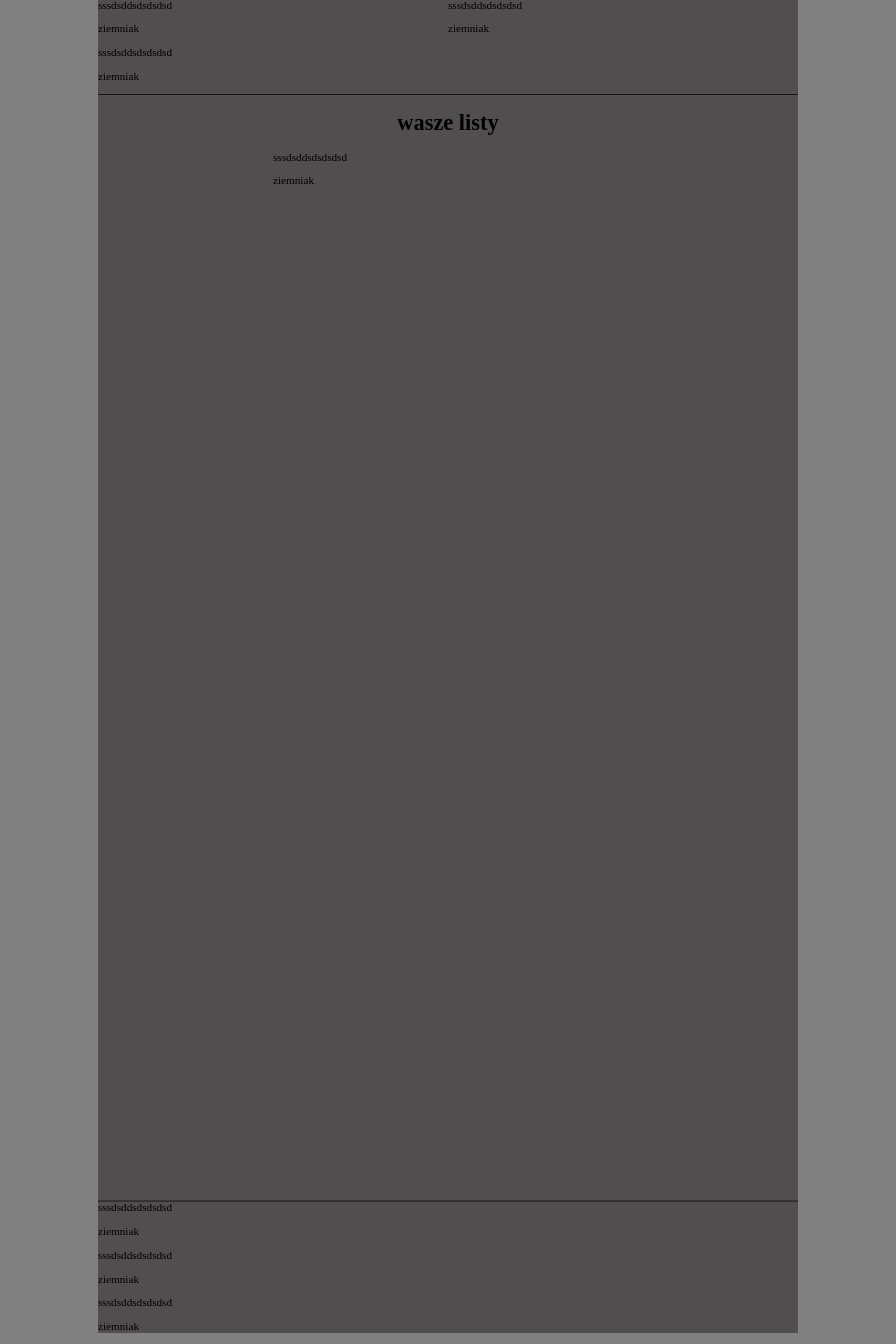
Repository: kq333/pitupitu.pl
Page: index.html
These files come from the project's save history. The page is drawn as it stood at one moment and after the next save; the edit follows.
The browser window is 1280 px wide. The pictures show the part of the page from y = 2156 to 4076 px (the page is 4076 px tall before and 2644 px after), at 70% of full size.
The style sheet was rebuilt from its Sass, Less or Tailwind sources for each picture, by a compiler version that may differ from the author's.

Above is the page before, as saved 2020-11-04 13:07:05.

### index.html
<!DOCTYPE html>
<html lang="en">
<head>
    <meta charset="UTF-8">
    <meta name="viewport" content="width=device-width, initial-scale=1.0">
    <title>Document</title>
    <link rel="stylesheet" href="style/style.css">
</head>
<body>


<div id="container">
  <div id="content">
    <div id=bar>
        <ul class="ul_bar">Wyborcza
            <li>sdsd</li>
            <li>sdsd</li>
            <li>sdsd</li>
            <li>sdsd</li>
            <li>sdsd</li>
            <li>sdsd</li>
            <li>sdsd</li>
        </ul>
        <div class="loging">
            Logowanie
        </div>
    </div>
            <div id="logo"><p>Wysokie Obcasy</p>
                <ul class="ul_bar2">
                    <li>fdf</li>
                    <li>gccvcv</li>
                    <li>hghhgh</li>
                    <li>asaseerr</li>
                    <li>jljkj</li>
                    <li>wewewe</li>
                    <li>hghghh</li>
                </ul>


            </div>


           <div>

                <div class="block_1">
                    <div class="art1">
                        <article>
                        <h1>sdsdsddsdsd fdfdfdfdfdf gdgdgddg dgdgdgdgdgd</h1>


                            <p class="autor_name">adamek</p>
                        </article>
                    </div>

                    <div class="art2">
                            <article>
                                <h1>sdsdsddsdsd fdfdfdfdfdf gdgdgddg dgdgdgdgdgd</h1>


                                <p class="autor_name">adamek</p>
                            </article>
                     </div>
                     <div class="art3">
                            <article>
                                <h1>sdsdsddsdsd fdfdfdfdfdf gdgdgddg dgdgdgdgdgd</h1>


                                <p class="autor_name">adamek</p>
                            </article>
                      </div>
                      <div class="art4">
                            <article>
                                <h1>sdsdsddsdsd fdfdfdfdfdf gdgdgddg dgdgdgdgdgd</h1>


                                <p class="autor_name">adamek</p>
                            </article>
                       </div>
                            <div class="art5">
                                <article>
                                    <h1>sdsdsddsdsd fdfdfdfdfdf gdgdgddg dgdgdgdgdgd</h1>


                                    <p class="autor_name">adamek</p>
                                </article>
                            </div>
                                 <div class="art6">
                                    <article>
                                        <h1>sdsdsddsdsd fdfdfdfdfdf gdgdgddg dgdgdgdgdgd</h1>


                                        <p class="autor_name">adamek</p>
                                    </article>
                                 </div>
                                    <div class="art7">

                                        <article>
                                            <h1>sdsdsddsdsd fdfdfdfdfdf gdgdgddg dgdgdgdgdgd</h1>


                                            <p class="autor_name">adamek</p>
                                        </article>
                                    </div>

                                    <div class="art8">
                                            <article>
                                                <h1>sdsdsddsdsd fdfdfdfdfdf gdgdgddg dgdgdgdgdgd</h1>


                                                <p class="autor_name">adamek</p>
                                            </article>
                                    </div>
                                        <div class="art9">
                                                <article>

                                                    <h1>sdsdsddsdsd fdfdfdfdfdf gdgdgddg dgdgdgdgdgd</h1>


                                                    <p class="autor_name">adamek</p>
                                                </article>
                                        </div>
                </div>


                     <div class="quotes">
                         <p1>asaasas asasass asasass</p1>

                        <p class="autor_name">adamek</p>

                    </div>





                  <div class="section">
                    <header>
                        <h1>Byc rodzicem</h1>

                    </header>
                    </div>


                        <section class="family">


                                <div class="art10">
                                    <article> sssdsddsdsdsdsd
                                        <p class="autor_name">dupa</p>

                                    </article>

                                </div>
                                <div class="art11">
                                        <article> sssdsddsdsdsdsd
                                            <p class="autor_name">donata</p>

                                        </article>
                                </div>
                                    <div class="art12">
                                            <article> sssdsddsdsdsdsd
                                                <p class="autor_name">ziemniak</p>

                                            </article>
                                    </div>

                        </section>

                        <div class="section">
                        <header>
                            <h1>Felieton</h1>
                        </header>
                    </div>

                        <section class="column">

                            <div class="art13">
                                    <article> sssdsddsdsdsdsd
                                        <p class="autor_name">dupa</p>

                                    </article>

                            </div>
                                <div class="art14">
                                    <article> sssdsddsdsdsdsd
                                        <p class="autor_name">donata</p>

                                    </article>
                                </div>
                                     <div class="art15">
                                        <article> sssdsddsdsdsdsd
                                            <p class="autor_name">ziemniak</p>

                                        </article>
                                    </div>

                                        <div class="art16">
                                            <article> sssdsddsdsdsdsd
                                                <p class="autor_name">ziemniak</p>

                                            </article>
                                        </div>

                                        <div class="art17">
                                            <article> sssdsddsdsdsdsd
                                                <p class="autor_name">ziemniak</p>

                                            </article>
                                        </div>

                        </section>
                        <div class="section">
                        <header>
                            <h1>polecane</h1>

                        </header>
                    </div>

                            <section class="recommended">


                                    <div class="art18">
                                        <article> sssdsddsdsdsdsd
                                            fsfsfsf sfsfsfsfs sfsfsfsfs
                                            sfsfffsfssfsfsfssf
                                            <p class="autor_name">dupa</p>

                                        </article>
                                    </div>
                                        <div class="art19">
                                            <article> sssdsddsdsdsdsd
                                                <p class="autor_name">donata</p>

                                            </article>
                                        </div>
                                            <div class="art20">

                                                <article> sssdsddsdsdsdsd
                                                    <p class="autor_name">ziemniak</p>
                                                </article>
                                            </div>
                                                <div class="art21">
                                                    <article> sssdsddsdsdsdsd
                                                        <p class="autor_name">ziemniak</p>
                                                    </article>
                                                </div>
                                                    <div class="art22">
                                                        <article> sssdsddsdsdsdsd
                                                            <p class="autor_name">ziemniak</p>


                                                        </article>
                                                    </div>
                                                        <div class="art23">
                                                            <article> sssdsddsdsdsdsd
                                                                <p class="autor_name">ziemniak</p>


                                                            </article>
                                                        </div>

                                                            <div class="art24">
                                                                <article> sssdsddsdsdsdsd
                                                                    <p class="autor_name">ziemniak</p>


                                                                </article>
                                                            </div>
                                                                <div class="art25">
                                                                    <article> sssdsddsdsdsdsd
                                                                        <p class="autor_name">ziemniak</p>


                                                                    </article>
                                                                </div>
                                                                <div class="art26">
                                                            <article> sssdsddsdsdsdsd
                                                                <p class="autor_name">ziemniak</p>


                                                            </article>
                                                            </div>



                            </section>

                            <div class="section">
                            <header>
                                <h1>wasze listy</h1>

                            </header>
                            </div>
                            <section class="letters">

                                <div class="art27"></div>
                                    <article> sssdsddsdsdsdsd
                                        <p class="autor_name">ziemniak</p>


                                    </article>
                                </div>
                                    <div class="art28">
                                        <article> sssdsddsdsdsdsd
                                            <p class="autor_name">ziemniak</p>


                                        </article>
                                    </div>
                                        <div class="art29">

                                            <article> sssdsddsdsdsdsd
                                                <p class="autor_name">ziemniak</p>


                                            </article>
                                        </div>

                                            <div class="art30">
                                                <article> sssdsddsdsdsdsd
                                                    <p class="autor_name">ziemniak</p>


                                                </article>
                                            </div>

                            </section>

                            <footer>


                            </footer>



















































           </main>



  </div>




















</div>
</body>
</html>

### style/style.scss
body{
    background-color: grey;


}
#constainer{
    height: auto;
}

#content{
    margin:auto;
    background-color: rgb(80, 78, 78);
    width:1000px;

}


#bar{
    display:grid;
    grid-template-columns: auto auto;
    width:1000px;



}

.ul_bar{
    width:960px;
    height: 40px;
    border-bottom: 1px solid black;


    li{
        list-style-type: none;
    }

}


#logo{
    border-bottom: 1px solid black;
    width:1000px;
    height: 120px;
    p{
        margin-left:480px;
    }

    .ul_bar2{
        list-style-type: none;
        display:inline-flex;
        gap:55px;
        margin-left:170px;
    }
}

.block_1{
    width:1000px;
    height: auto;
    display:grid;
    grid-template-columns: 500px auto auto;
    .art1{
    grid-row-start: 1;
    grid-row-end: 9;
    height: 800px;;
    }
    gap: 20px;
}

.quotes{
    width: 940px;
    height: 60px;
    border-bottom: 1px solid black;
    border-top: 1px solid black;
    padding:30px;

    p1{
        margin-left: 400px;
        margin-top:130px;
    }
    p{
        margin-left: 440px;
    }

}

.section{
    text-align: center;
}
.family{
    width:1000px;
    height: 250px;
    border-bottom: 1px solid black;
    display:grid;
    grid-template-columns: auto auto;
    grid-template-areas: "art10 art10"
                          "art11 art12"  ;

.art10{
grid-area: art10;


}
.art11{
grid-area: art11;
}

.art12{
grid-area: art12;
}


}

.column{
    width:1000px;
    height: 250px;
    border-bottom: 1px solid black;
    display:grid;
    grid-template-columns: auto auto auto;
    grid-template-areas: "art13 art13 art13 art13"
                         " art14 art15 art16 art17"   ;

    .art13{

        grid-area: art13;


            }
    .art14{
        grid-area: art14;

     }

    .art15{
        grid-area: art15;
     }

     .art16{
        grid-area: art16;
     }

     .art17{
        grid-area: art17;
     }

    h1{
        margin-left:500px;

        }

}


.recommended{
    width:1000px;
    height: auto;
    border-bottom: 1px solid black;
    display:grid;
    grid-template-columns: repeat(2, 1fr);
    grid-template-areas: " art18   art19"
                         " art20   art19"
                         " art21  art22"
                         " art23  art22"
                         " art24  art25"
                         " art26  art25"
                         ;




.art18{
grid-area:art18;


}

.art19{
grid-area: art19;

 }

.art20{
grid-area: art20;


 }

.art21{
grid-area: art21;
 }

.art22{
grid-area: art22;
 }

.art23{
grid-area: art23;
 }

.art24{
grid-area: art24;

 }

.art25{
grid-area: art25;
 }

.art26{
grid-area: art26;
 }
};

.letters{
    width:1000px;
    height: 1500px;
    border-bottom: 1px solid black;
    display:grid;
    grid-template-columns: repeat(4, 1fr);
    grid-template-areas: "art27 art28 art29 art30";


.art27{
    grid-area: art27;
}

.art28{
    grid-area: art28;
}


.art29{
    grid-area: art29;
}

.art30{
    grid-area: art30;
}

}

After the next save:
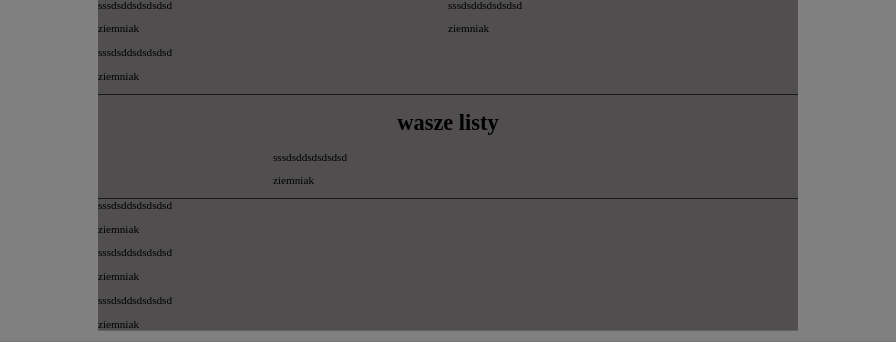
Saved 8 s later.
--- a/style/style.scss
+++ b/style/style.scss
@@ -213,7 +213,7 @@ grid-area: art26;
 
 .letters{
     width:1000px;
-    height: 1500px;
+
     border-bottom: 1px solid black;
     display:grid;
     grid-template-columns: repeat(4, 1fr);
